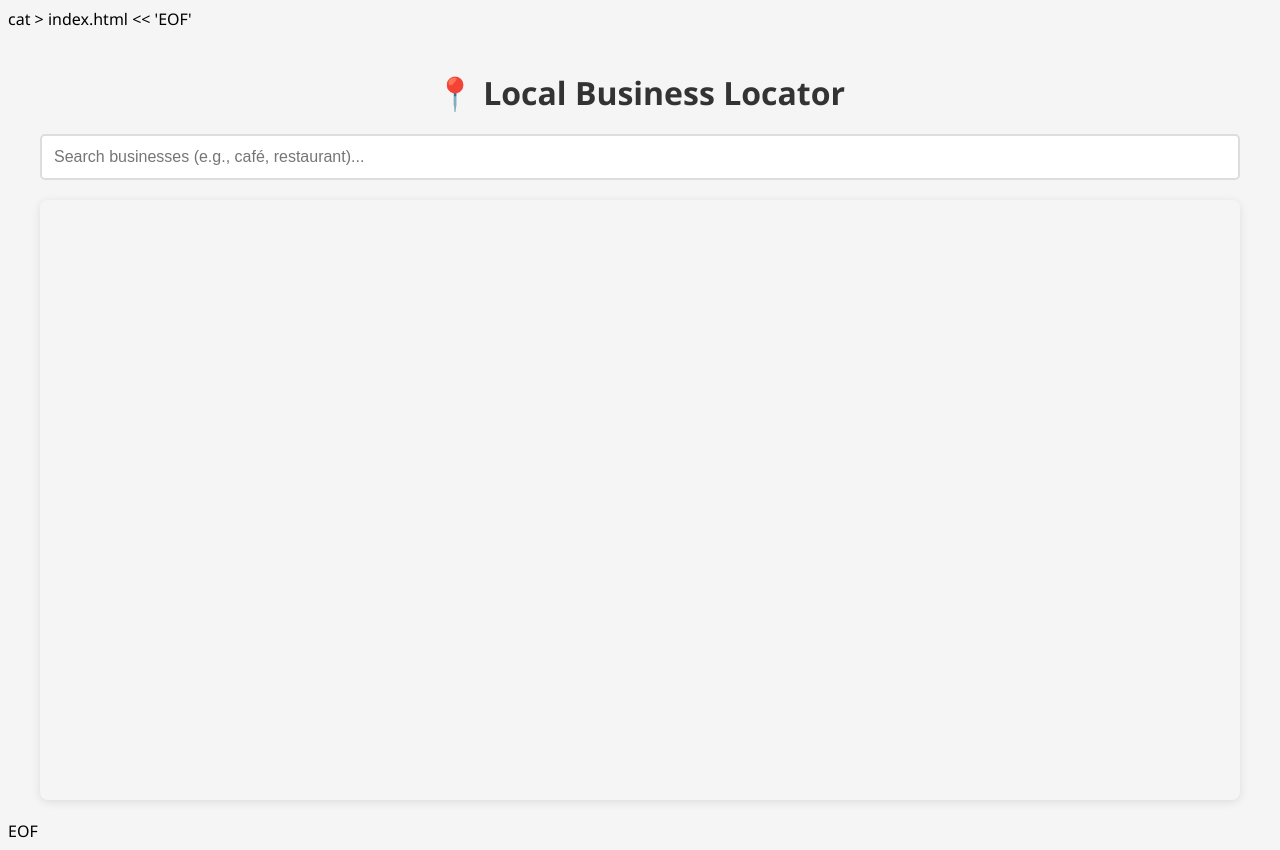
Repository: berkebzt/business-locator-pro
Page: index.html
These files come from the project's save history. The page is drawn as it stood at one moment and after the next save; the edit follows.
The browser window is 1280 px wide. The pictures show the whole page.

Above is the page before, as saved 2025-10-19 20:13:51.
Console error: ReferenceError: cat is not defined

After the next save:
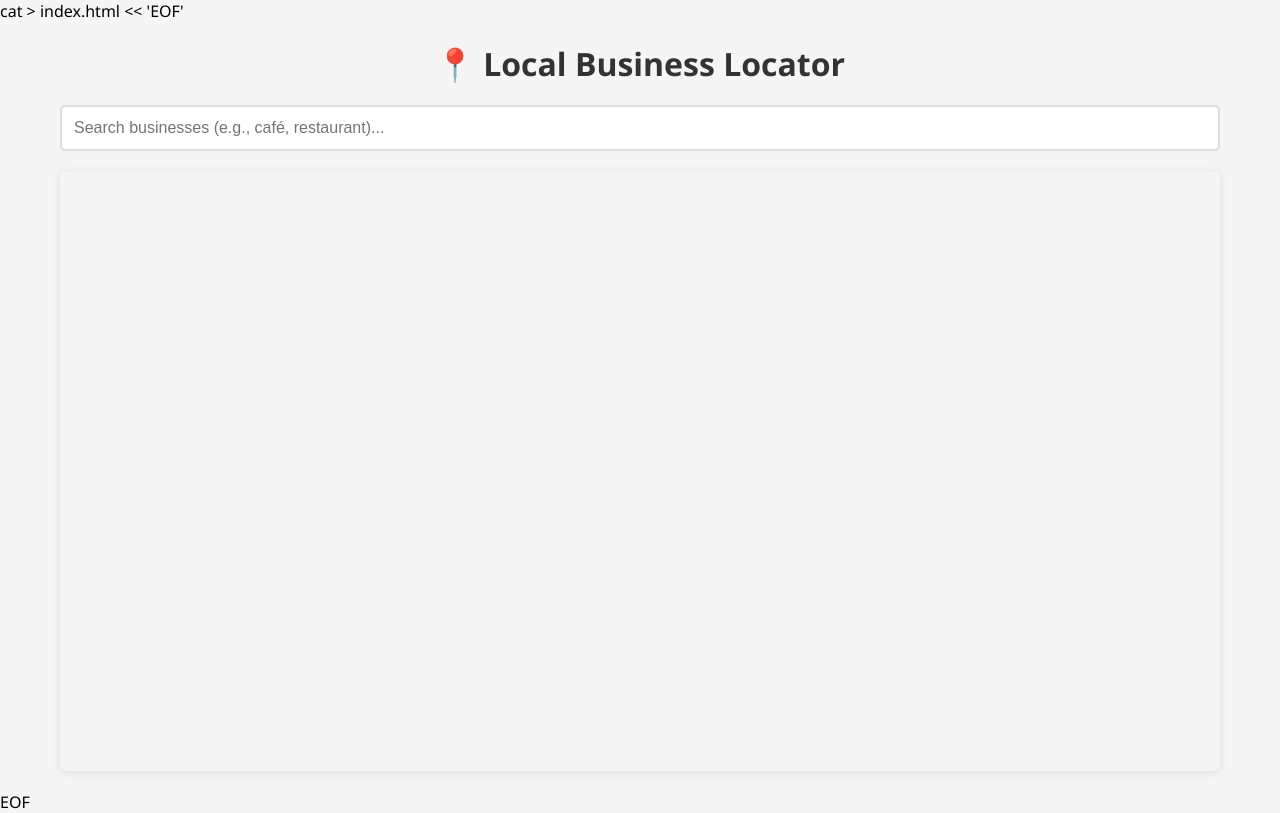
Saved 3 min 42 s later.
--- a/style.css
+++ b/style.css
@@ -1,4 +1,3 @@
-cat > style.css << 'EOF'
 * {
   margin: 0;
   padding: 0;
@@ -41,4 +40,3 @@ h1 {
   border-radius: 8px;
   box-shadow: 0 2px 10px rgba(0,0,0,0.1);
 }
-EOF
